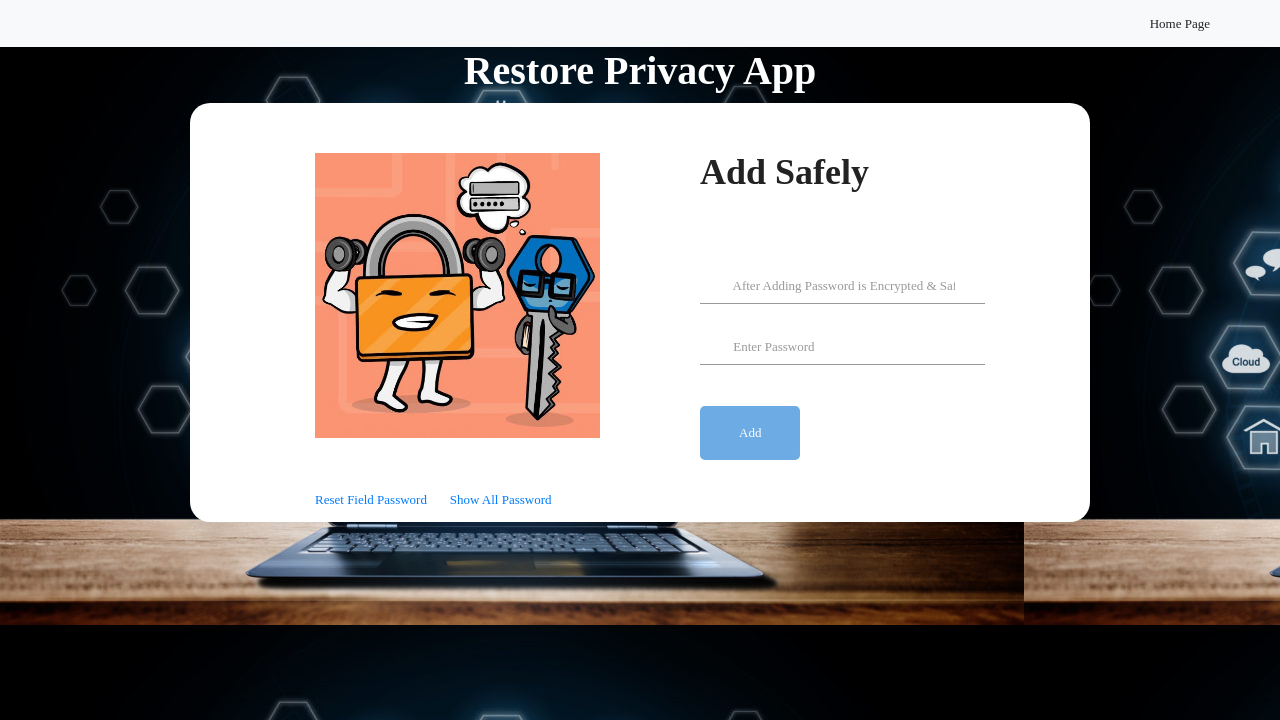
Repository: Sunil-731820/AllWorkingModels
Page: http://localhost/PasswordManagerApp/AddPassword.jsp
These files come from the project's save history. The page is drawn as it stood at one moment and after the next save; the edit follows.
The browser window is 1280 px wide. The pictures show the whole page.
Some web fonts or font styles are not loaded; a fallback is used. Some web libraries are served in a nearby version. The page is served by Tomcat 9.

Above is the page before, as saved 2022-09-27 09:01:37.

After the next save:
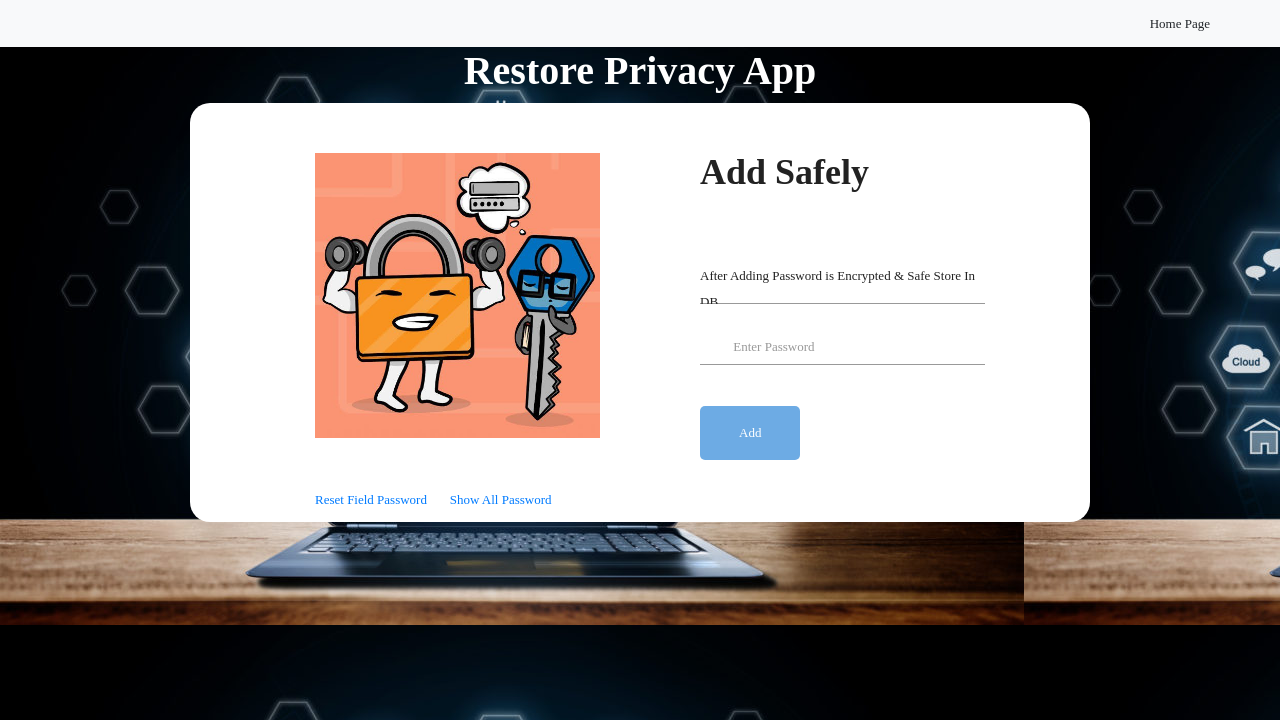
Saved 31 s later.
--- a/PasswordManagerApp/src/main/webapp/AddPassword.jsp
+++ b/PasswordManagerApp/src/main/webapp/AddPassword.jsp
@@ -84,8 +84,8 @@
                             <form method="get" class="register-form" id="login-form">
                              &nbsp;&nbsp;&nbsp;&nbsp;&nbsp;&nbsp;&nbsp;&nbsp;&nbsp;&nbsp;<h4></h4>
                                 <div class="form-group">
-                                    <label for="your_name"><i class="zmdi zmdi-account material-icons-name"></i></label>
-                                    <input type="number" name="normal" id="your_name" placeholder=" After Adding Password is Encrypted & Safe Store In DB " />
+                                    <label for="your_name"><i class="zmdi zmdi-account material-icons-name"></i>After Adding Password is Encrypted & Safe Store In DB</label>
+                                    <input type="number" name="normal" id="your_name" placeholder="  " />
                                 </div>
 
                                 <div class="form-group">

After the save that followed:
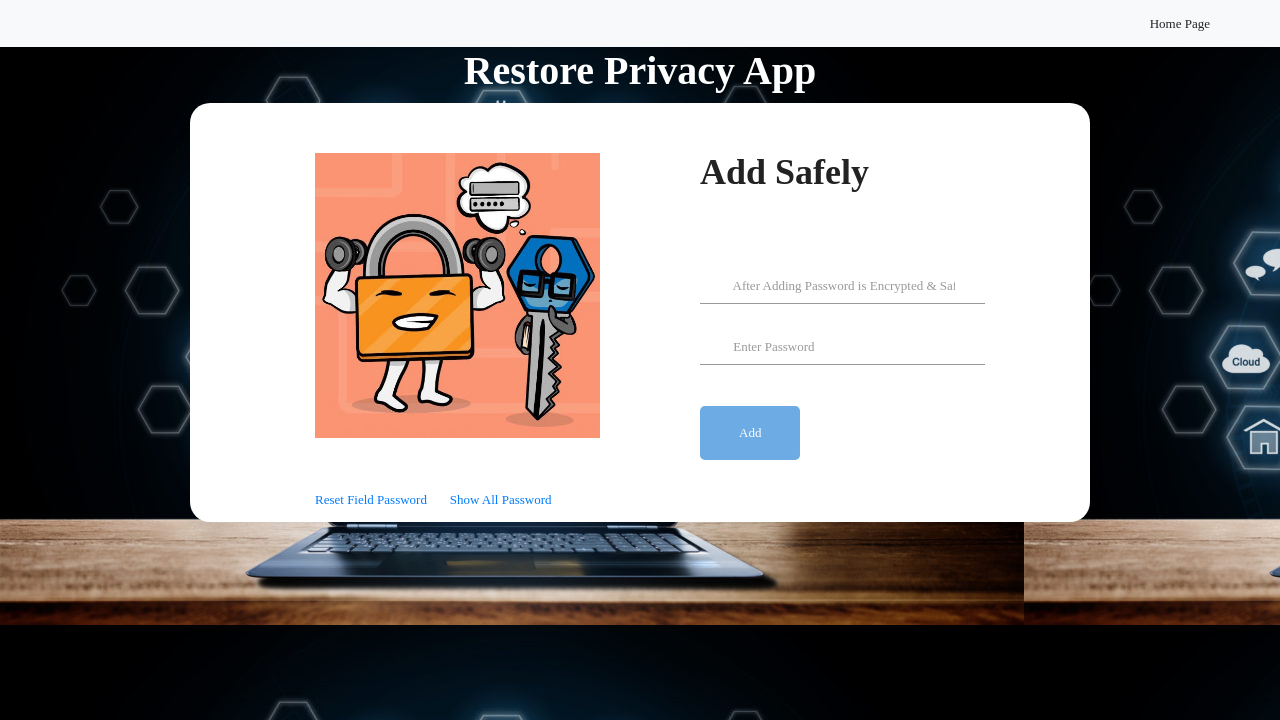
Saved 23 s later.
--- a/PasswordManagerApp/src/main/webapp/AddPassword.jsp
+++ b/PasswordManagerApp/src/main/webapp/AddPassword.jsp
@@ -84,8 +84,8 @@
                             <form method="get" class="register-form" id="login-form">
                              &nbsp;&nbsp;&nbsp;&nbsp;&nbsp;&nbsp;&nbsp;&nbsp;&nbsp;&nbsp;<h4></h4>
                                 <div class="form-group">
-                                    <label for="your_name"><i class="zmdi zmdi-account material-icons-name"></i>After Adding Password is Encrypted & Safe Store In DB</label>
-                                    <input type="number" name="normal" id="your_name" placeholder="  " />
+                                    <label for="your_name"><i class="zmdi zmdi-account material-icons-name"></i></label>
+                                    <input type="number" name="normal" id="your_name" placeholder=" After Adding Password is Encrypted & Safe " />
                                 </div>
 
                                 <div class="form-group">
